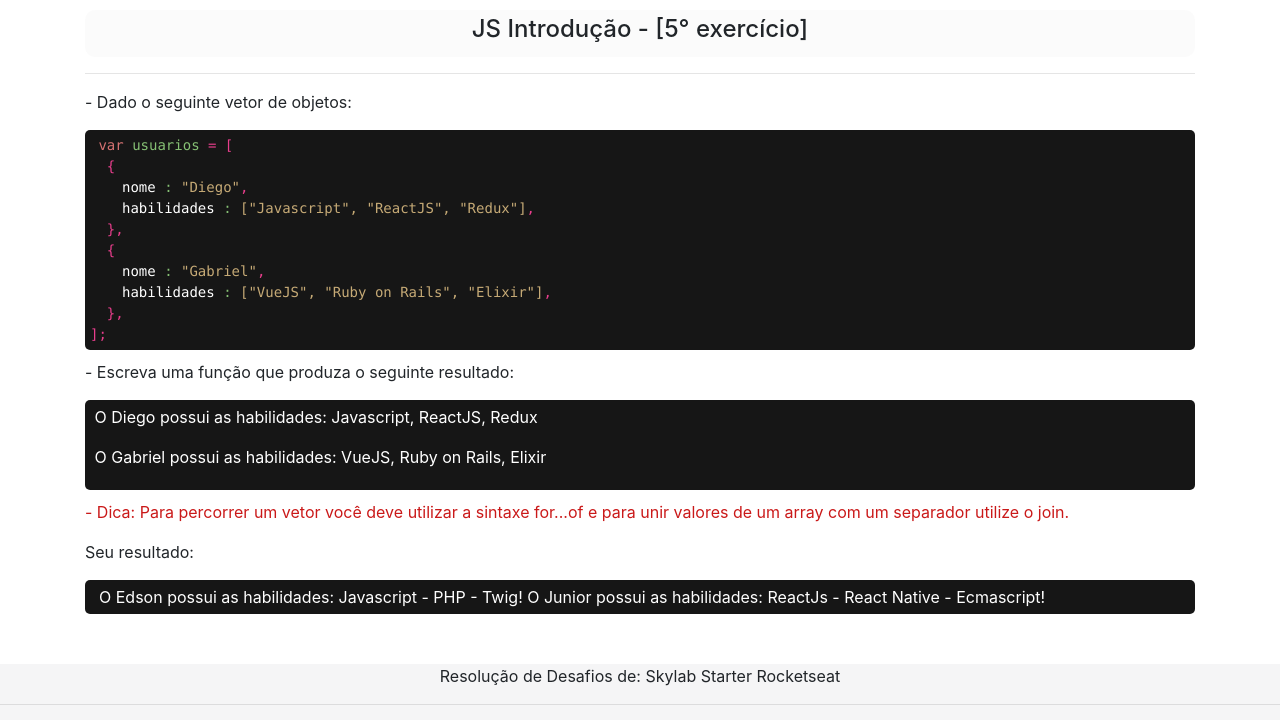
Repository: edsonjuniornarvaes/JS-Starter-Chalenge-Skylab
Page: introducao/exercicio-5/ex5.html
An editor plug-in stored every save of this project. The page is shown before and after the next save, followed by the edit.
The browser window is 1280 px wide. The pictures show the whole page.

Above is the page before, as saved 2020-06-10 10:36:09.

### introducao/exercicio-5/ex5.html
<html>
    <header>
        <meta charset="utf-8">
        <link rel="stylesheet" type="text/css" href="../style.css">
        <link rel='stylesheet' href='https://cdnjs.cloudflare.com/ajax/libs/twitter-bootstrap/4.5.0/css/bootstrap.css'/>
    </header>
    <body id="myBody">
        <div class="container">
            <div class="title">
                <h4>JS Introdução - [5° exercício]</h4>
            </div>
            <hr>
            <p>- Dado o seguinte vetor de objetos:</p>

            <fieldset>
                <code>
                    <span class="var">&nbsp;var</span> <span class="nameObject">usuarios </span>= [<br>
                        &nbsp;&nbsp;{<br>
                        <span class="after enbsp">nome</span><span class="pontos"> : </span><span class="before">"Diego"</span>, <br>
                        <span class="after enbsp">habilidades</span><span class="pontos"> : </span><span class="before">["Javascript", "ReactJS", "Redux"]</span>, <br>
                        &nbsp;&nbsp;},<br>
                        &nbsp;&nbsp;{<br>
                        <span class="after enbsp">nome</span><span class="pontos"> : </span><span class="before">"Gabriel"</span>, <br>
                        <span class="after enbsp">habilidades</span><span class="pontos"> : </span><span class="before">["VueJS", "Ruby on Rails", "Elixir"]</span>, <br>
                        &nbsp;&nbsp;},<br>
                        ];
                </code>
            </fieldset>
            <p>- Escreva uma função que produza o seguinte resultado:</p>
            <fieldset>
                <p>&nbsp;O Diego possui as habilidades: Javascript, ReactJS, Redux</p>
                <p>&nbsp;O Gabriel possui as habilidades: VueJS, Ruby on Rails, Elixir</p>
            </fieldset>
            <p class="dica">- Dica: Para percorrer um vetor você deve utilizar a sintaxe for...of e para unir valores de um array
                com um separador utilize o join.</p>

            <p>Seu resultado:</p>
            <fieldset>
                <div id="setArr">
                    &nbsp;
                </div>
            </fieldset>
        </div>
    </body>
    <footer>Resolução de Desafios de: Skylab Starter Rocketseat<hr></footer>
    <script src="ex5.js"></script>
</html>

### introducao/style.css
fieldset {
    background-color: rgb(22, 22, 22);
    color: white;
    border-radius: 5px;
    padding: 5px!important;
    margin-bottom: 10px!important;
}

.dica {
    color: rgb(202, 25, 25);
}

.nameObject, .pontos {
    color: rgb(134, 192, 116);
}

.after, .txtCode {
    color: white;
}

.before {
    color: rgb(198, 170, 118);
}

.var {
    color: rgb(214, 114, 114);
}

.title {
    background: #dcdddd21;
    text-align: center;
    margin-top: 10px!important;
    padding: 5px;
    border-radius: 10px;
}

footer {
    text-align: center;
    background: #545b620f;
    width: 100%;
    height: 56px;
    position: absolute;
    bottom: 0px;
    left: 0;
}

button {
    margin-left: 5px!important;
}

.row {
    margin-bottom: 10px;
    margin-left: 0.1rem!important;
}

.enbsp {
    margin-left: 2rem;
}

### introducao/exercicio-5/ex5.js
// Exercícios: Módulo 01
(function () {

    let setArr = document.getElementById('setArr');

    var usuarios = [
      {
        nome: "Edson",
        habilidades: ["Javascript", "PHP", "Twig"]
      },
      {
        nome: "Junior",
        habilidades: ["ReactJs", "React Native", "Ecmascript"]
      }
    ]

    for(var i = 0; i <usuarios.length; i++) {
      console.log(usuarios[i]);
    }

    usuarios.forEach(params => {
      let insertDate = document.createTextNode(`O ${params.nome} possui as habilidades: ${params.habilidades.join(' - ')}! `);
      setArr.appendChild(insertDate);
    });

  })();

After the next save:
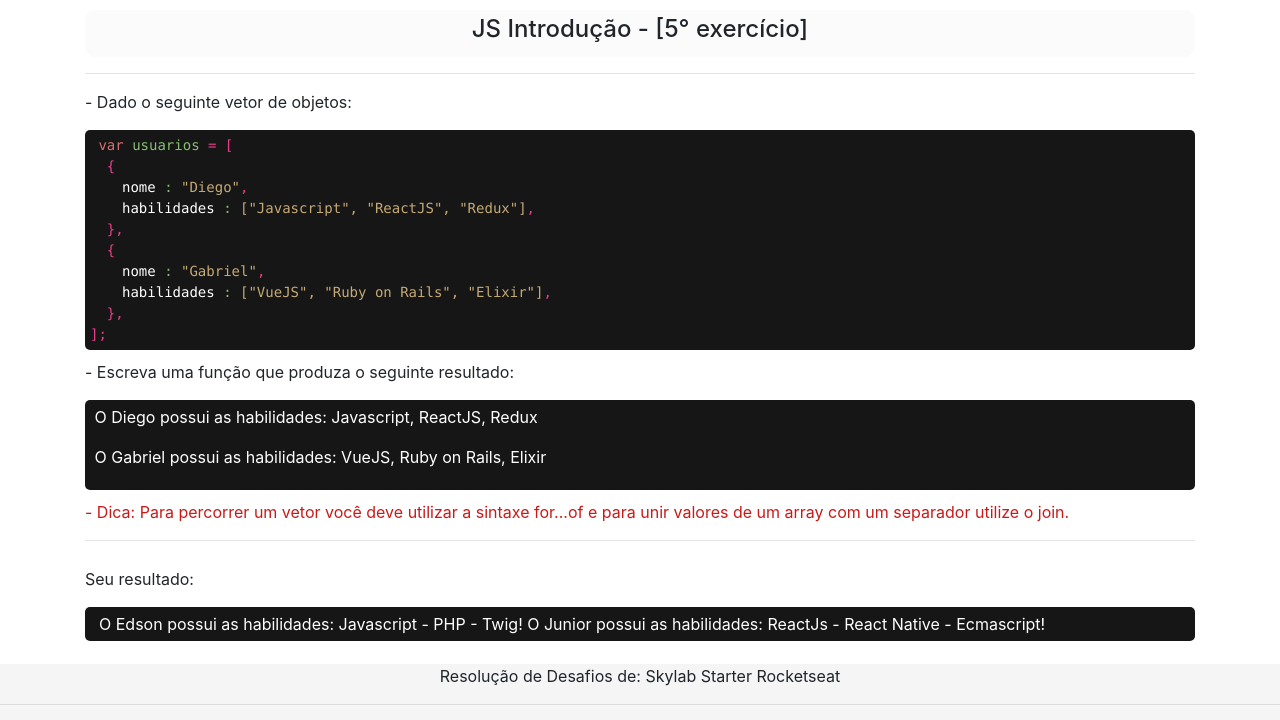
Saved 4 s later.
--- a/introducao/exercicio-5/ex5.html
+++ b/introducao/exercicio-5/ex5.html
@@ -33,7 +33,10 @@
             </fieldset>
             <p class="dica">- Dica: Para percorrer um vetor você deve utilizar a sintaxe for...of e para unir valores de um array
                 com um separador utilize o join.</p>
+            <hr>
+            <div class="row" id="atv5">
 
+            </div>
             <p>Seu resultado:</p>
             <fieldset>
                 <div id="setArr">
